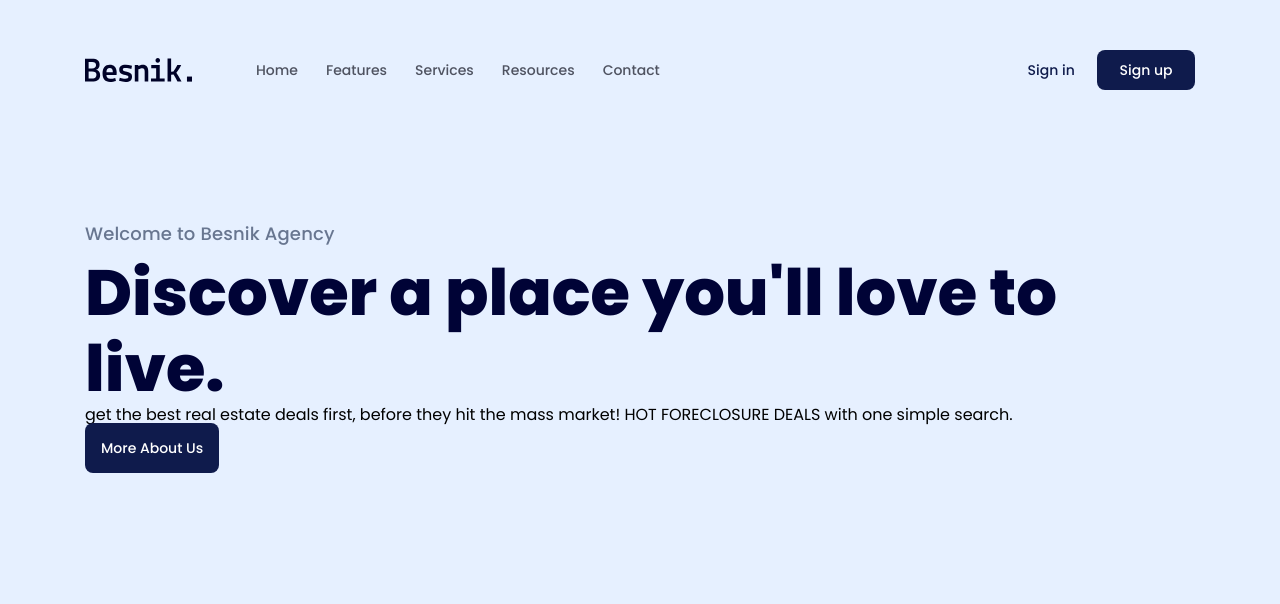
Repository: trungnguyen131/froject-01
Page: index.html
An editor plug-in stored every save of this project. The page is shown before and after a run of saves, followed by the edit.
The browser window is 1280 px wide. The pictures show the whole page.

Above is the page before, as saved 2024-02-25 23:36:53.

After the next 2 saves:
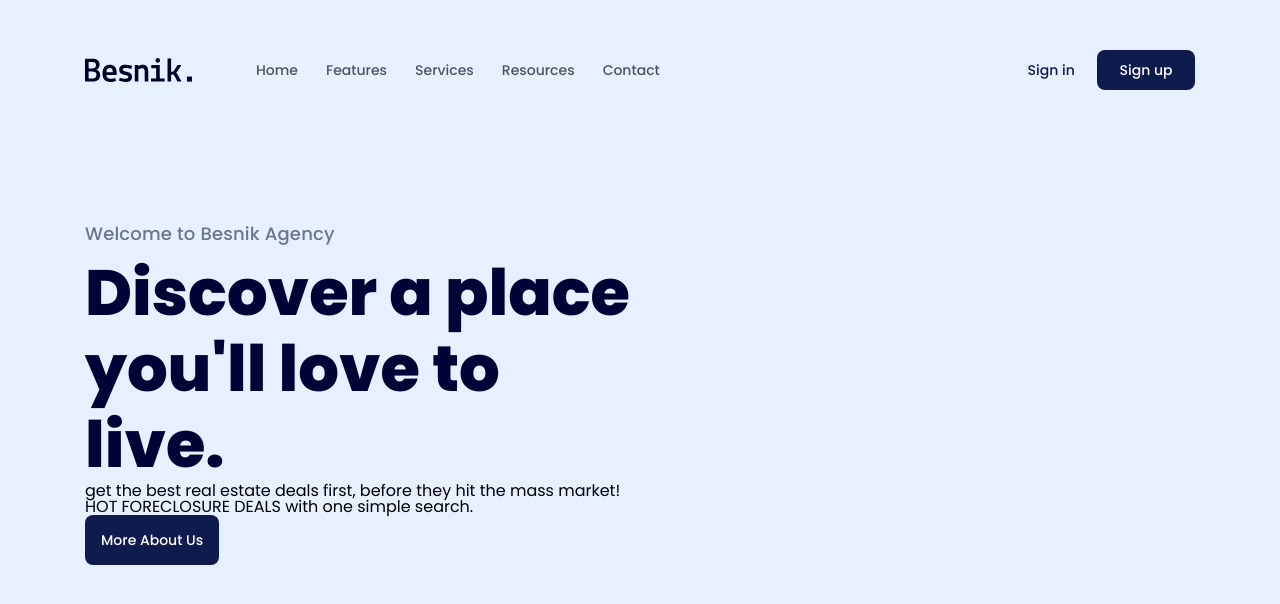
The 2 saves are shown as one change because they came seconds apart.
The last was saved 90 s later.
--- a/assets/css/style.css
+++ b/assets/css/style.css
@@ -79,6 +79,10 @@
     margin-top: 130px;
 }
 
+.hero .info {
+    width: 51%;
+}
+
 .hero .sub-title {
     font-weight: 500;
     font-size: 1.8rem;
